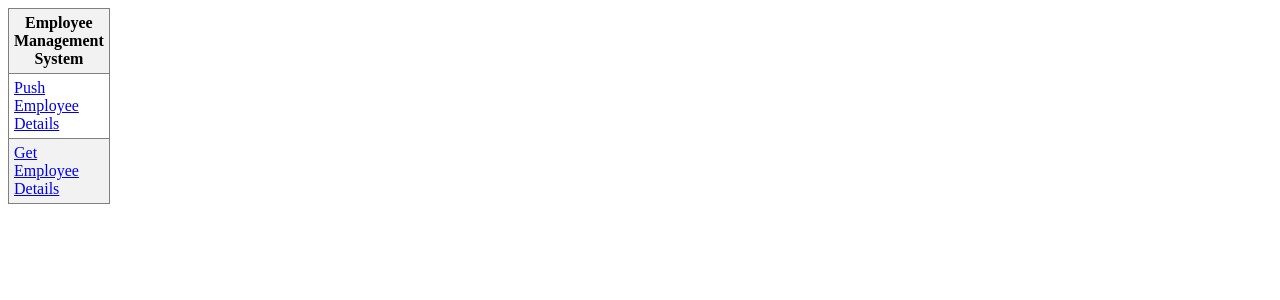
Repository: srjainapur/CRUD_Operation_With_Angular_Springboot
Page: angular-spring-demo/src/main/resources/static/EmployeeDetails.html
An editor plug-in stored every save of this project. The page is shown before and after the next save, followed by the edit.
The browser window is 1280 px wide. The pictures show the whole page.
Some web libraries are served in a nearby version.

Above is the page before, as saved 2020-06-25 10:23:17.

### angular-spring-demo/src/main/resources/static/EmployeeDetails.html
<html>
	<head>
		<title>Employee Management Details</title>
		<script src="http://ajax.googleapis.com/ajax/libs/angularjs/1.4.8/angular.min.js"></script>

		<style>
         table, th , td {
            border: 1px solid grey;
            border-collapse: collapse;
            padding: 5px;
         }
         table tr:nth-child(odd) {
            background-color: #f2f2f2;
         }
         table tr:nth-child(even) {
            background-color: #ffffff;
         }
      </style>
	</head>

	<body>
			<table width="50$" border="0">
				<tr>
					<th colspan="1" align="middle">Employee Management System</th>
				</tr>
				<tr>
					<td>
						<a href="post_data.html">Push Employee Details</a>
					</td>
				</tr>
				<tr>
					<td>
						<a href="get_employee.html">Get Employee Details</a>
						<div ng-include="get_employee.htm"></div>
					</td>
				</tr>
			</table>
	</body>
</html>

After the next save:
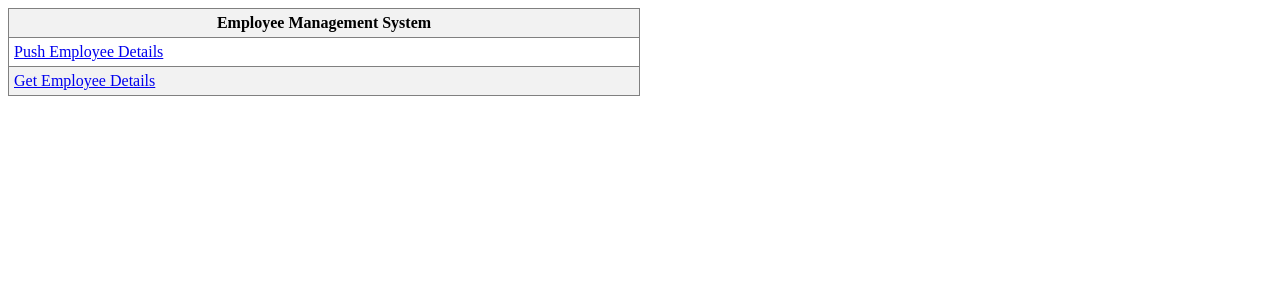
Saved 6 s later.
--- a/angular-spring-demo/src/main/resources/static/EmployeeDetails.html
+++ b/angular-spring-demo/src/main/resources/static/EmployeeDetails.html
@@ -19,7 +19,7 @@
 	</head>
 
 	<body>
-			<table width="50$" border="0">
+			<table width="50%" border="0">
 				<tr>
 					<th colspan="1" align="middle">Employee Management System</th>
 				</tr>
